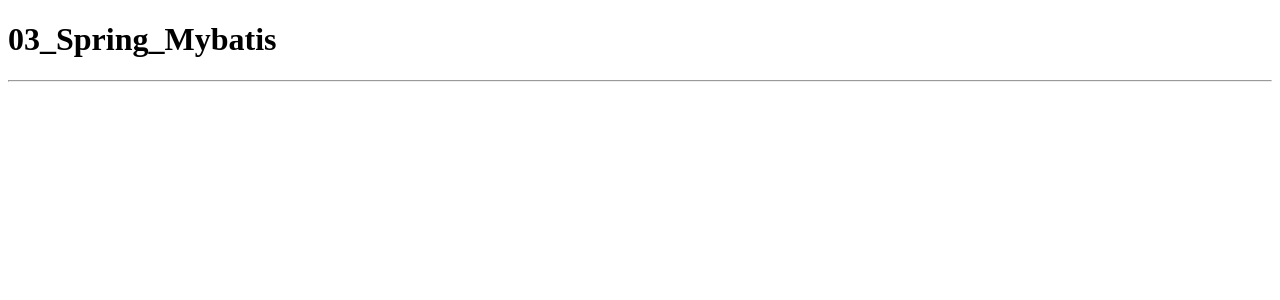
Repository: loseminho/khAcademy-Study
Page: http://localhost/03_Spring_Mybatis/
An editor plug-in stored every save of this project. The page is shown before and after the next save, followed by the edit.
The browser window is 1280 px wide. The pictures show the whole page.
The page is served by Tomcat 9. Other server files are loaded and not shown.

Above is the page before, as saved 2022-10-06 05:47:47.

### spring/workspace-sts-3.9.13.RELEASE/03_Spring_Mybatis/src/main/webapp/index.jsp
<%@ page language="java" contentType="text/html; charset=UTF-8"
    pageEncoding="UTF-8"%>
<!DOCTYPE html>
<html>
<head>
<meta charset="UTF-8">
<title>Insert title here</title>
</head>
<body>
	<h1>03_Spring_Mybatis</h1>
	<hr>
	<form action="/login.do" method="post">

	</form>
</body>
</html>

After the next save:
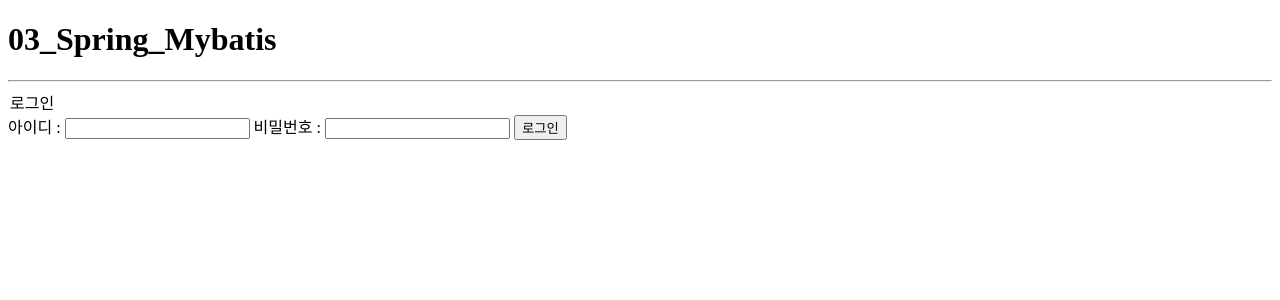
Saved 47 s later.
--- a/spring/workspace-sts-3.9.13.RELEASE/03_Spring_Mybatis/src/main/webapp/index.jsp
+++ b/spring/workspace-sts-3.9.13.RELEASE/03_Spring_Mybatis/src/main/webapp/index.jsp
@@ -10,7 +10,12 @@
 	<h1>03_Spring_Mybatis</h1>
 	<hr>
 	<form action="/login.do" method="post">
-
+		<filedset>
+			<legend>로그인</legend>
+			아이디 : <input type="text" name="memberId">
+			비밀번호 : <input type="password" name="memberPw">
+			<input type="submit" value="로그인">
+		</filedset>
 	</form>
 </body>
 </html>
